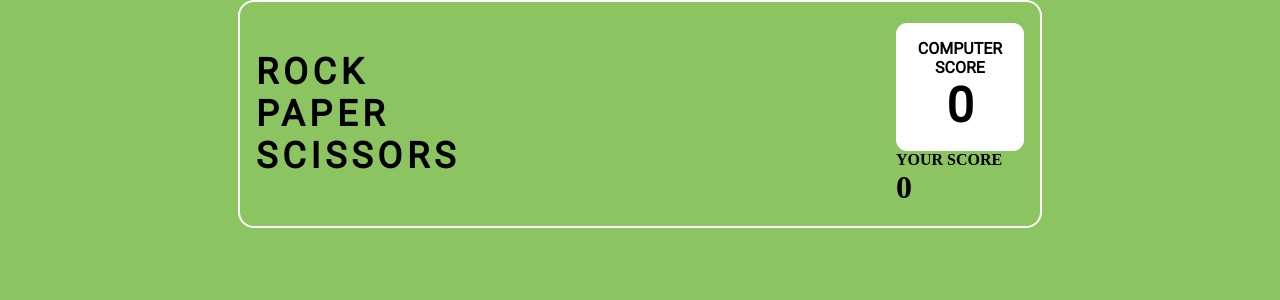
Repository: drumsmanku/Major-module-project-1
Page: index.html
These files come from the project's save history. The page is drawn as it stood at one moment and after the next save; the edit follows.
The browser window is 1280 px wide. The pictures show the whole page.

Above is the page before, as saved 2023-04-27 11:03:10.

After the next save:
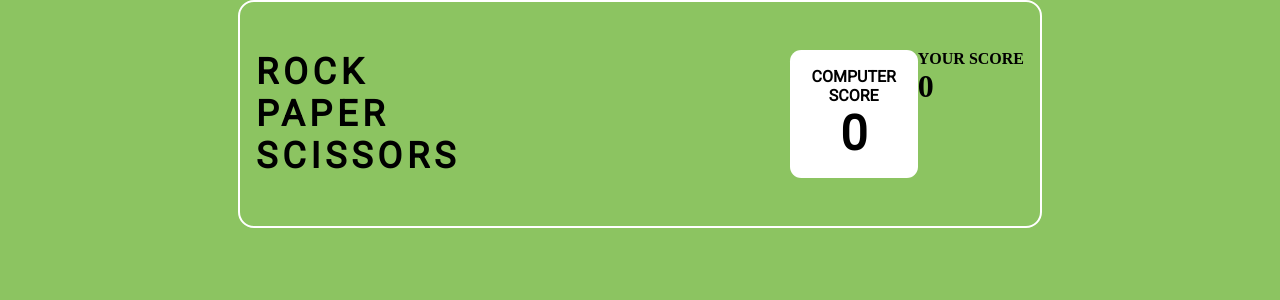
Saved 5 min 55 s later.
--- a/styles.css
+++ b/styles.css
@@ -55,3 +55,9 @@ body{
   font-weight: 800;
   font-size: 3rem;
 }
+
+.two-boxes{
+  display: flex;
+  flex-direction: row;
+
+}
